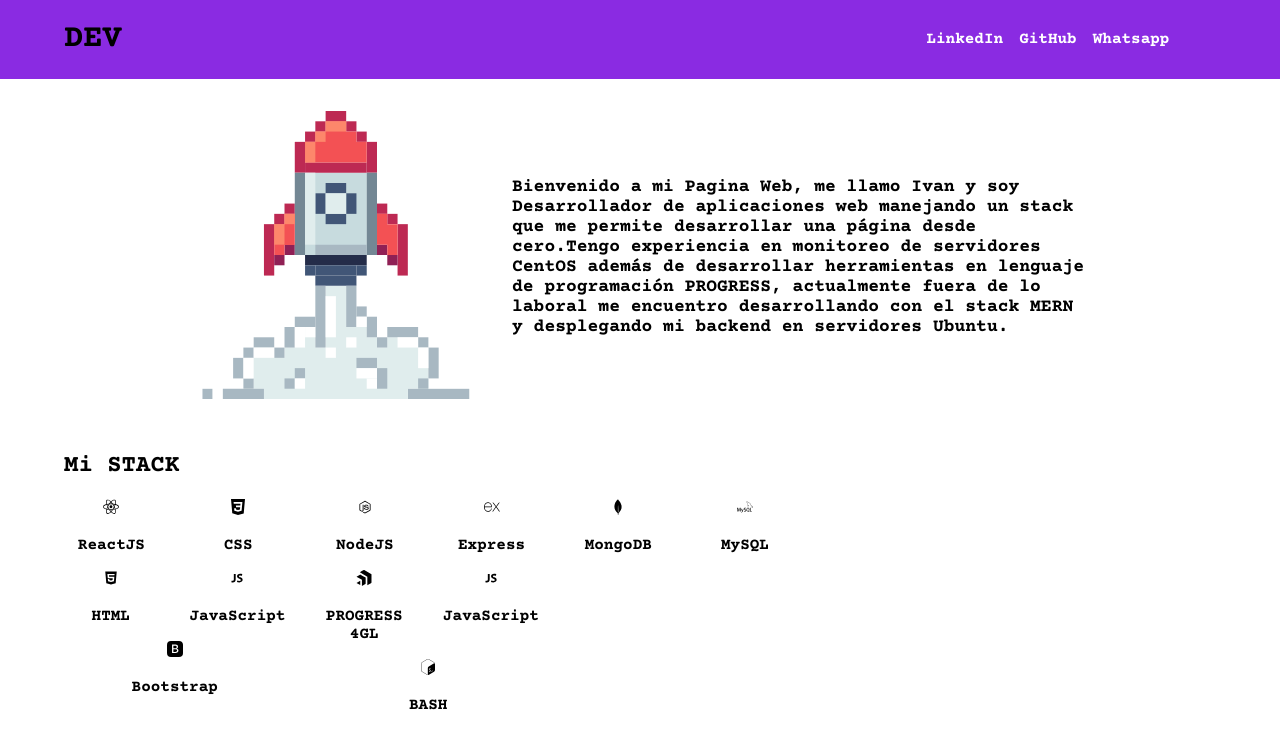
Repository: FxIvan/myweb
Page: /
The author's editor kept a copy of each file at every save. The page is drawn from the files as they stood at one save, then again after the next save.
The browser window is 1280 px wide. The pictures show the whole page.
The project was rebuilt for these pictures with package versions that can differ from the ones it lists, and the page was loaded fresh each time.

Above is the page before, as saved 2022-11-03 12:08:25.

### public/index.html
<!DOCTYPE html>
<html lang="en">
  <head>
    <meta charset="utf-8" />
    <link rel="icon" href="%PUBLIC_URL%/favicon.ico" />
    <meta name="viewport" content="width=device-width, initial-scale=1" />
    <meta name="theme-color" content="#000000" />
    <meta
      name="description"
      content="Web site created using create-react-app"
    />
    <link rel="apple-touch-icon" href="%PUBLIC_URL%/logo192.png" />
    <!--
      manifest.json provides metadata used when your web app is installed on a
      user's mobile device or desktop. See https://developers.google.com/web/fundamentals/web-app-manifest/
    -->
    <link rel="manifest" href="%PUBLIC_URL%/manifest.json" />
    <!--
      Notice the use of %PUBLIC_URL% in the tags above.
      It will be replaced with the URL of the `public` folder during the build.
      Only files inside the `public` folder can be referenced from the HTML.

      Unlike "/favicon.ico" or "favicon.ico", "%PUBLIC_URL%/favicon.ico" will
      work correctly both with client-side routing and a non-root public URL.
      Learn how to configure a non-root public URL by running `npm run build`.
    -->
    <title>My Web |Almendra Ivan 2022</title>
    <!--FONTS GOOGLE-->
    <link rel="preconnect" href="https://fonts.googleapis.com">
    <link rel="preconnect" href="https://fonts.gstatic.com" crossorigin>
    <link href="https://fonts.googleapis.com/css2?family=Courier+Prime:wght@700&display=swap" rel="stylesheet">
  </head>
  <body>
    <noscript>You need to enable JavaScript to run this app.</noscript>
    <div id="root"></div>
    <!--
      This HTML file is a template.
      If you open it directly in the browser, you will see an empty page.

      You can add webfonts, meta tags, or analytics to this file.
      The build step will place the bundled scripts into the <body> tag.

      To begin the development, run `npm start` or `yarn start`.
      To create a production bundle, use `npm run build` or `yarn build`.
    -->
  </body>
</html>

### src/index.js
import React from 'react';
import ReactDOM from 'react-dom/client';
import './index.css';
import App from './App';
import reportWebVitals from './reportWebVitals';
import { BrowserRouter } from 'react-router-dom';


const root = ReactDOM.createRoot(document.getElementById('root'));
root.render(
  <React.StrictMode>
    <App />
  </React.StrictMode>
);

// If you want to start measuring performance in your app, pass a function
// to log results (for example: reportWebVitals(console.log))
// or send to an analytics endpoint. Learn more: https://bit.ly/CRA-vitals
reportWebVitals();

### src/App.js
import { Routes, Route, HashRouter} from "react-router-dom";
import { Header } from "./component/header/header";
import { IndexPage } from "./component/index-page";

function App() {
  return (
    <HashRouter>
    <Routes>
        <Route path="/" element={<IndexPage/>} />
    </Routes>
    </HashRouter>
  );
}

export default App;

### src/component/header/header.js
import React from 'react'
import '../css/header.css'
import { Section1 } from '../section1/section1'


export const Header = () =>{
    return(
        <div>
        <header>
            <div className='container-header'>
                <div className='subcontainer-header'>
                    <div className='container-header-logo'>
                        <h1>DEV</h1>
                    </div>
                    <div className='container-header-link'>
                        <ul>
                            <li><a href='https://www.linkedin.com/in/devalmendra/' target='_blanck'>LinkedIn</a></li>
                            <li><a href='https://github.com/FxIvan' target='_blanck'>GitHub</a></li>
                            <li><a href='https://api.whatsapp.com/send/?phone=541136887781&text&type=phone_number&app_absent=0' target='_blanck'>Whatsapp</a></li>
                        </ul>
                    </div>
                </div>
            </div>
        </header>
        <section>
            <div>
                <Section1/>
            </div>
        </section>
        </div>
    )
}

### src/component/index-page.js
import React from 'react'
import { Header } from './header/header'
import { Stack } from './stack/stack'

export const IndexPage = () =>{
    return(
        <div>
            <Header/>
            <Stack/>
        </div>
    )
}

### src/component/css/header.css
@media only screen and (min-width: 701px) {
*{
    font-family: 'Courier Prime', monospace;
}

header{
    background-color: blueviolet;
}

.container-header{
    margin: auto;
}

.subcontainer-header{
    display: flex;
    width: 90%;
    margin: auto;
    align-items: center;
}

.container-header-logo{
    width: 70%;
}
.container-header-link{
    width: 30%;
}
.container-header-link ul, a{
    display: flex;
    text-decoration: none;
    list-style: none;
    font-family: 'Courier Prime', monospace;
    font-weight: bolder;
    font-size: 16px;
    color: white;
}

.container-header-link ul li{
    margin-left: 1rem;
}

.container-presentacion{
    width: 70%;
    margin: auto;
    margin-top: 2rem;
    align-items: center;
    display: flex;
}

.container-presentacion .presentacion-img{
   margin-right: 2rem;
}

.presentacion-img img{
    width: 40vh;
}

.presentacion-text p{
    font-size: 18px;
}
}

@media only screen and (max-width: 700px) {
    *{
        font-family: 'Courier Prime', monospace;
    }

    header{
        background-color: blueviolet;
    }

    .container-header{
        width: 90%;
        margin: auto;
    }

    .subcontainer-header{
        display: flex;
    }

    .container-header-logo{
       width: 50%;
    }
    .container-header-link{
       width: 40%;
    }
    .container-header-link ul, a{
        list-style: none;
        text-decoration: none;
    }

    .container-header-link ul li{

    }

    .container-presentacion{
        width: 100%;
        text-align: center;
        margin-top: 1rem;
    }

    .pesentacion-img{
        width: 30%;
        margin: auto;
    }
    .pesentacion-img img{
        width: 100%;
    }

    .presentacion-text{
        width: 100%;
    }
    .presentacion-text p{
      font-size: 12px;
      width: 100%;
    }
}

### src/component/section1/section1.js
import React from 'react'
import cohete from '../../media/img/coheteSection.svg'
import '../css/header.css'


export const Section1 = () =>{
    return(
        <div>
            <div className='container-presentacion'>
                <div className='presentacion-img'>
                    <img src={cohete}/>
                </div>
                <div className='presentacion-text'>
                    <div>
                        <p>Bienvenido a mi Pagina Web, me llamo Ivan y soy Desarrollador de aplicaciones web manejando un stack que me permite desarrollar una página desde cero.Tengo experiencia en monitoreo de servidores CentOS además de desarrollar herramientas en lenguaje de programación PROGRESS, actualmente fuera de lo laboral me encuentro desarrollando con el stack MERN y desplegando mi backend en servidores Ubuntu. </p>
                    </div>
                </div>
            </div>
        </div>
    )
}

### src/component/stack/stack.js
import React from 'react'
import '../css/stack.css'
import {GrReactjs} from 'react-icons/gr';
import {SiCss3,SiExpress,SiProgress,SiGnubash,SiMongodb,SiMysql} from 'react-icons/si';
import {AiFillHtml5} from 'react-icons/ai';
import {DiJavascript1, DiNodejsSmall} from 'react-icons/di';
import {BsFillBootstrapFill} from 'react-icons/bs';

export const Stack = () => {
    return (
        <div>
            <div className='container-stack'>
                <div>
                    <h2>Mi STACK</h2>
                </div>
                <div className='container-stack-icons'>
                    <div className='container-icons-frontend'>
                        <div>
                            <div className='box-container-1'>
                                <div className='icon-stack-1'>
                                    <GrReactjs/>
                                    <p>ReactJS</p>
                                </div>
                                <div className='icon-stack-2'>
                                    <SiCss3/>
                                    <p>CSS</p>
                                </div>
                            </div>
                            <div className='box-container-2'>
                                <div className='icon-stack-3'>
                                    <AiFillHtml5/>
                                    <p>HTML</p>
                                </div>
                                <div className='icon-stack-4'>
                                    <DiJavascript1/>
                                    <p>JavaScript</p>
                                </div>
                            </div>
                            <div className='box-container-3'>
                                <div className='icon-stack-5'>
                                    <BsFillBootstrapFill/>
                                    <p>Bootstrap</p>
                                </div>
                            </div>
                        </div>
                        <div></div>
                    </div>
                    <div className='container-icons-frontend'>
                        <div>
                            <div className='box-container-1'>
                                <div className='icon-stack-1'>
                                    <DiNodejsSmall/>
                                    <p>NodeJS</p>
                                </div>
                                <div className='icon-stack-2'>
                                    <SiExpress/>
                                    <p>Express</p>
                                </div>
                            </div>
                            <div className='box-container-2'>
                                <div className='icon-stack-3'>
                                    <SiProgress/>
                                    <p>PROGRESS 4GL</p>
                                </div>
                                <div className='icon-stack-4'>
                                    <DiJavascript1/>
                                    <p>JavaScript</p>
                                </div>
                            </div>
                            <div className='box-container-3'>
                                <div className='icon-stack-5'>
                                    <SiGnubash/>
                                    <p>BASH</p>
                                </div>
                            </div>
                        </div>
                    </div>
                    {/*db*/}
                    <div className='container-icons-frontend'>
                        <div>
                            <div className='box-container-1'>
                                <div className='icon-stack-1'>
                                    <SiMongodb/>
                                    <p>MongoDB</p>
                                </div>
                                <div className='icon-stack-2'>
                                    <SiMysql/>
                                    <p>MySQL</p>
                                </div>
                            </div>
                            <div className='box-container-2'>
                                <div className='icon-stack-3'>

                                </div>
                                <div className='icon-stack-4'>

                                </div>
                            </div>
                            <div className='box-container-3'>
                                <div className='icon-stack-5'>

                                </div>
                            </div>
                        </div>
                    </div>

                </div>
            </div>
        </div>
    )
}

### src/component/css/stack.css
@media only screen and (min-width: 701px) {
    .container-stack{
        width: 90%;
        margin: auto;
        margin-top: 3rem;
    }
    .box-container-1, .box-container-2 , .box-container-3{
        display: flex;
        text-align: center;
    }

    .icon-stack-1 , .icon-stack-2 , .icon-stack-3, .icon-stack-4, .icon-stack-5{
        margin-right: 2rem;
        width: 100%;
    }
    .container-stack-icons{
        display: flex;
        width: 100%;
    }
    .container-icons-frontend{
        width: 22%;
    }
    .container-stack-backend{
        width: 22%;
    }
}
@media only screen and (max-width: 701px) {

}

Loaded but not shown: src/index.css (common file); src/reportWebVitals.js (common file)

After the next save:
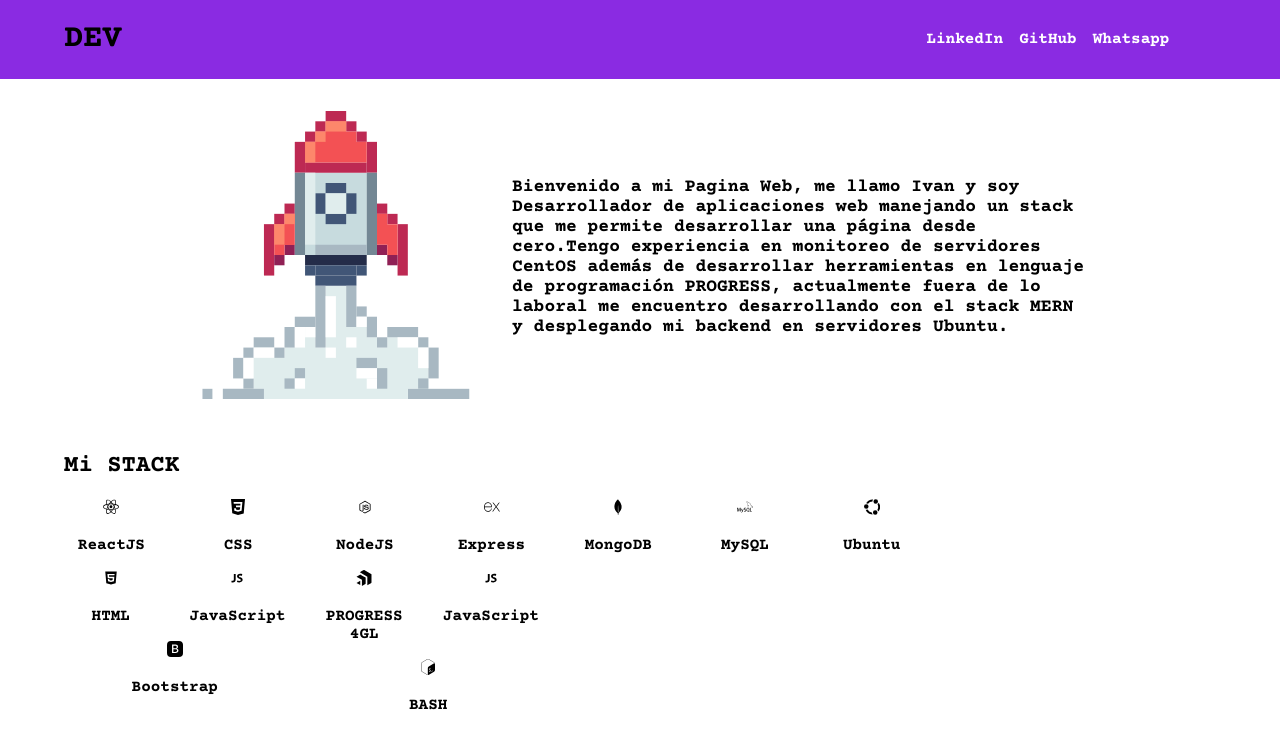
Saved 77 s later.
--- a/src/component/stack/stack.js
+++ b/src/component/stack/stack.js
@@ -1,7 +1,7 @@
 import React from 'react'
 import '../css/stack.css'
 import {GrReactjs} from 'react-icons/gr';
-import {SiCss3,SiExpress,SiProgress,SiGnubash,SiMongodb,SiMysql} from 'react-icons/si';
+import {SiCss3,SiExpress,SiProgress,SiGnubash,SiMongodb,SiMysql,SiUbuntu} from 'react-icons/si';
 import {AiFillHtml5} from 'react-icons/ai';
 import {DiJavascript1, DiNodejsSmall} from 'react-icons/di';
 import {BsFillBootstrapFill} from 'react-icons/bs';
@@ -75,7 +75,7 @@
                             </div>
                         </div>
                     </div>
-                    {/*db*/}
+
                     <div className='container-icons-frontend'>
                         <div>
                             <div className='box-container-1'>
@@ -104,6 +104,34 @@
                         </div>
                     </div>
 
+
+                    <div className='container-icons-frontend'>
+                        <div>
+                            <div className='box-container-1'>
+                                <div className='icon-stack-1'>
+                                    <SiUbuntu/>
+                                    <p>Ubuntu</p>
+                                </div>
+                                <div className='icon-stack-2'>
+
+                                </div>
+                            </div>
+                            <div className='box-container-2'>
+                                <div className='icon-stack-3'>
+
+                                </div>
+                                <div className='icon-stack-4'>
+
+                                </div>
+                            </div>
+                            <div className='box-container-3'>
+                                <div className='icon-stack-5'>
+
+                                </div>
+                            </div>
+                        </div>
+                    </div>
+
                 </div>
             </div>
         </div>
